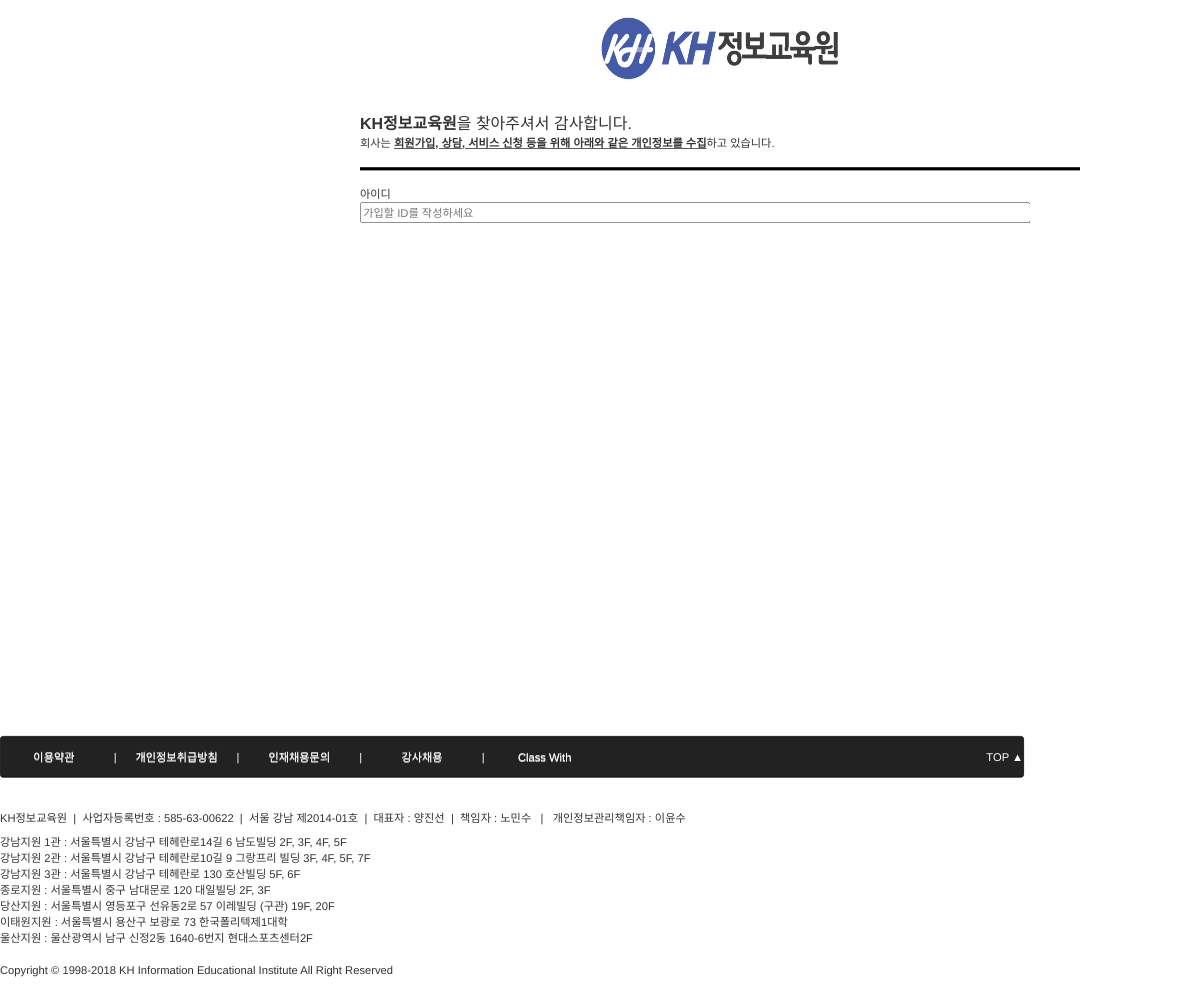
Repository: NohMinSoo/khSpring
Page: http://localhost/1_Spring_Web/WEB-INF/views/member/joinPage.jsp
An editor plug-in stored every save of this project. The page is shown before and after the next save, followed by the edit.
The browser window is 1280 px wide. The page is 1500 px wide, so the pictures cover 1500 px, including what lies to the right of the window. The pictures show the whole page, at 80% of full size.
Some web libraries are served in a nearby version. The page is served by Tomcat 9. Nobody is signed in. The template is opened directly, without the code that normally fills it, so the values that code supplies are empty.

Above is the page before, as saved 2018-11-20 05:25:55.
Console error (its wording comes from the project's code and is left out).

After the next save:
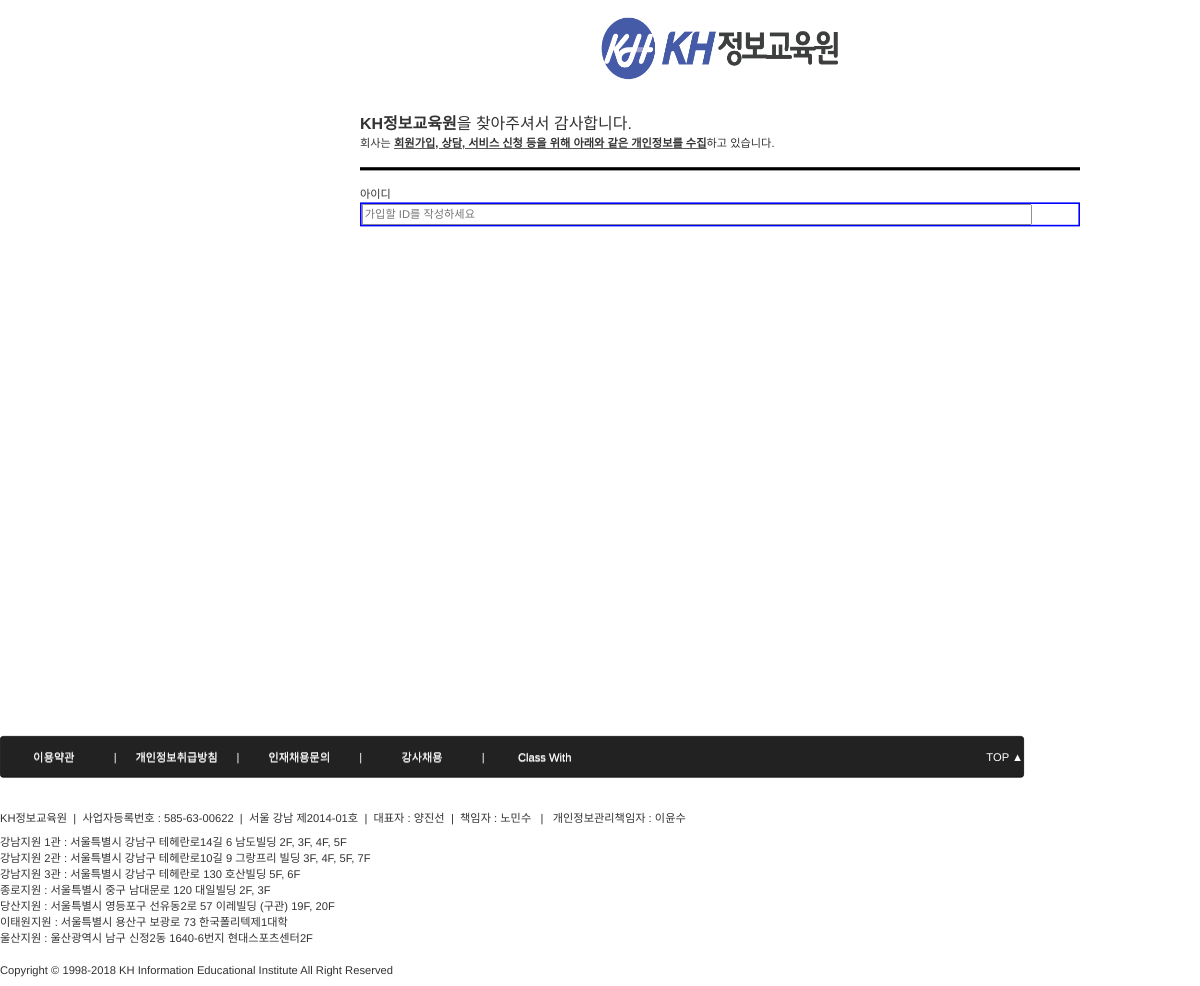
Saved 7 s later.
--- a/1_Spring_Web/src/main/webapp/WEB-INF/views/member/joinPage.jsp
+++ b/1_Spring_Web/src/main/webapp/WEB-INF/views/member/joinPage.jsp
@@ -32,7 +32,7 @@
     	height : 75%;
     }
     #contents-2 div{
-
+    	border : 2px solid blue;
     }
 </style>
 <div id="container"  align="center">
